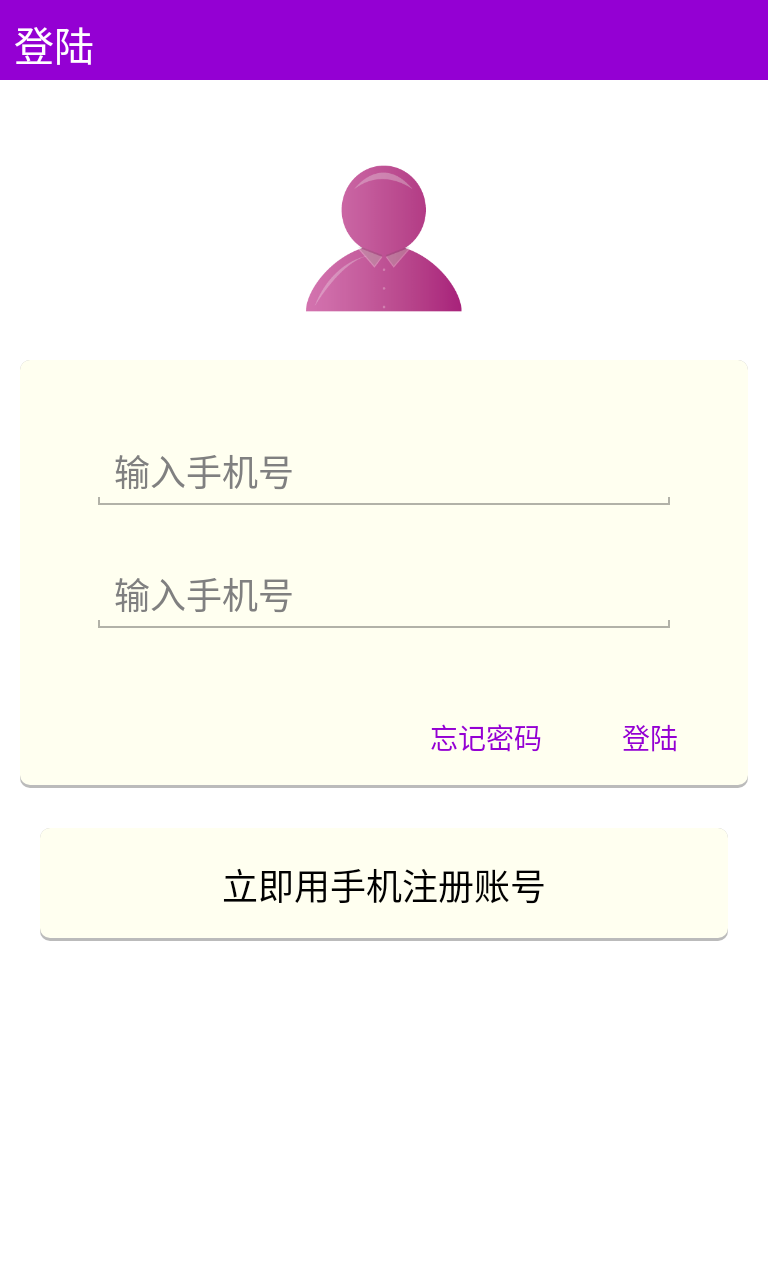
Repository: mrhanliang/Android_4.2
Layout: Android_Level_work/res/layout/activity_main.xml
An editor plug-in stored every save of this project. The layout is shown before and after the next save, followed by the edit.
It is drawn on a 768 x 1280 px phone screen (xhdpi) without system bars, with theme AppTheme; the app's code is not run.

Above is the layout before, as saved 2015-12-05 13:50:12.

### Android_Level_work/res/layout/activity_main.xml
<RelativeLayout xmlns:android="http://schemas.android.com/apk/res/android"
    xmlns:tools="http://schemas.android.com/tools"
    android:layout_width="match_parent"
    android:layout_height="match_parent"
    tools:context="com.example.android_level_work.MainActivity" >

    <LinearLayout
        android:id="@+id/linearLayout1"
        android:layout_width="match_parent"
        android:layout_height="40dp"
        android:background="#9400d3" >

        <TextView
            android:id="@+id/textView1"
            android:layout_width="wrap_content"
            android:layout_height="wrap_content"
            android:layout_margin="7dp"
            android:text="登陆"
            android:textColor="#ffffff"
            android:textSize="20dp" />
    </LinearLayout>

    <ImageView
        android:id="@+id/imageView1"
        android:layout_width="80dp"
        android:layout_height="80dp"
        android:layout_below="@id/linearLayout1"
        android:layout_centerHorizontal="true"
        android:layout_marginTop="40dp"
        android:background="@drawable/w4" />

    <RelativeLayout
        android:id="@+id/relativeLayout2"
        android:layout_width="match_parent"
        android:layout_height="wrap_content"
        android:layout_below="@id/imageView1"
        android:layout_marginLeft="10dp"
        android:layout_marginRight="10dp"
        android:background="@drawable/html"
        android:layout_marginTop="20dp" >

        <EditText
            android:id="@+id/editText1"
            android:layout_width="match_parent"
            android:layout_height="wrap_content"
            android:layout_marginLeft="20dp"
            android:layout_marginRight="20dp"
            android:layout_marginTop="20dp"
            android:hint="输入手机号" />

        <EditText
            android:id="@+id/editText2"
            android:layout_width="match_parent"
            android:layout_height="wrap_content"
            android:layout_below="@id/editText1"
            android:layout_marginLeft="20dp"
            android:layout_marginRight="20dp"
            android:layout_marginTop="20dp"
            android:hint="输入手机号" />

        <TextView
            android:id="@+id/textView2"
            android:layout_width="wrap_content"
            android:layout_height="wrap_content"
            android:layout_below="@id/editText2"
            android:layout_marginTop="40dp"
            android:layout_marginRight="20dp"
            android:layout_alignParentRight="true"
            android:textColor="#9400d3"
            android:text="登陆"
            android:clickable="true"
            />

        <TextView
            android:id="@+id/textView3"
            android:layout_width="wrap_content"
            android:layout_height="wrap_content"
            android:layout_toLeftOf="@id/textView2"
			android:layout_alignBaseline="@id/textView2"
            android:layout_marginRight="40dp"
            android:textColor="#9400d3"
            android:text="忘记密码"
            android:clickable="true"
            />
    </RelativeLayout>

    <Button
        android:id="@+id/button1"
        android:layout_width="match_parent"
        android:layout_height="wrap_content"
        android:layout_marginTop="20dp"
        android:text="立即用手机注册账号"
        android:layout_below="@id/relativeLayout2"
        android:layout_marginRight="20dp"
        android:layout_marginLeft="20dp"
        android:background="@drawable/html"
        />

</RelativeLayout>

### Android_Level_work/res/drawable-v14/html.xml
<?xml version="1.0" encoding="utf-8"?>
<layer-list xmlns:android="http://schemas.android.com/apk/res/android" >
    <item>
        <shape android:shape="rectangle">
        <solid android:color="#BBB" />
            <corners android:radius="5dp" />
        </shape>
    </item>

    <!-- White Top color -->
    <item android:bottom="3px">
        <shape  android:shape="rectangle">
             <solid android:color="#fffff0" />
             <corners android:radius="5dp" />
             <padding
                android:top="15dp"
                android:right="15dp"
                android:bottom="15dp"
                android:left="15dp"/>
        </shape>
    </item>
</layer-list>

Loaded but not shown: Android_Level_work/res/values/styles.xml (common file); Android_Level_work/res/values-v11/styles.xml (common file); Android_Level_work/res/values-v14/styles.xml (common file)

After the next save:
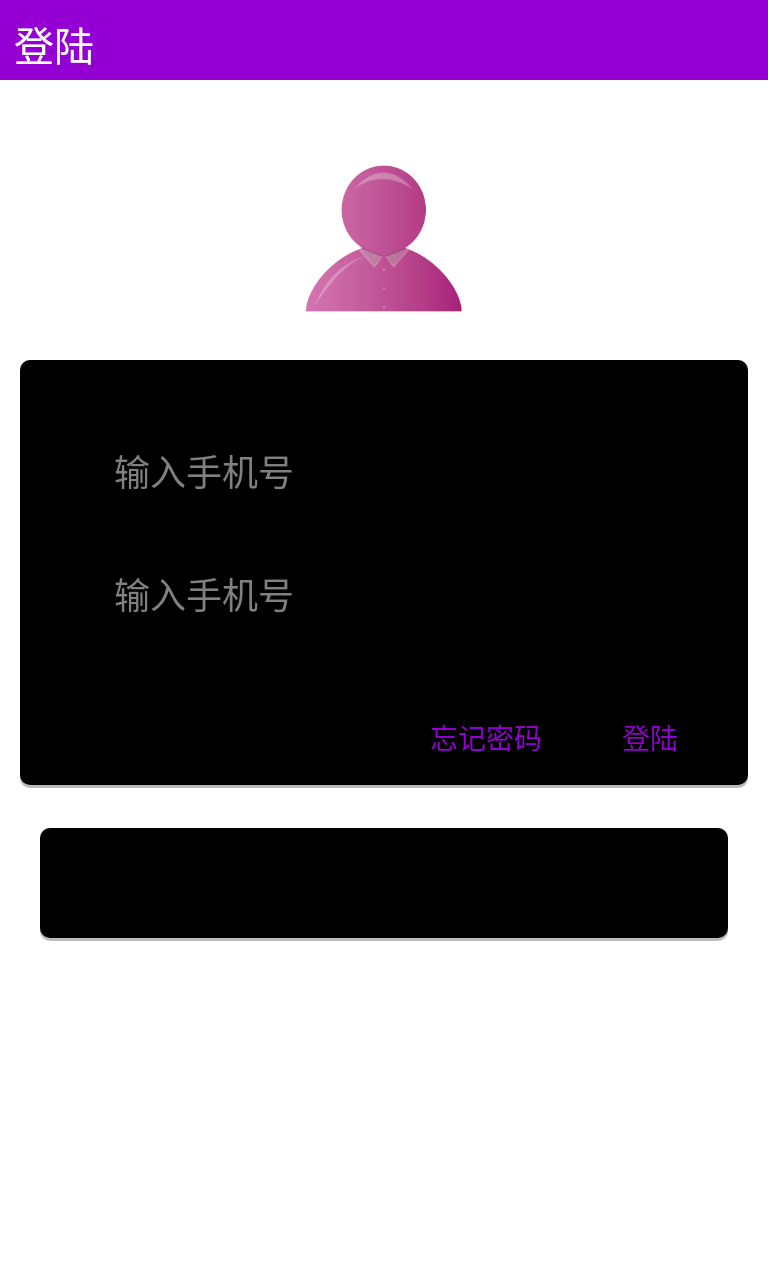
Saved 21 s later.
--- a/Android_Level_work/res/drawable-v14/html.xml
+++ b/Android_Level_work/res/drawable-v14/html.xml
@@ -10,7 +10,7 @@
     <!-- White Top color -->
     <item android:bottom="3px">
         <shape  android:shape="rectangle">
-             <solid android:color="#fffff0" />
+             <solid android:color="#000000" />
              <corners android:radius="5dp" />
              <padding
                 android:top="15dp"
